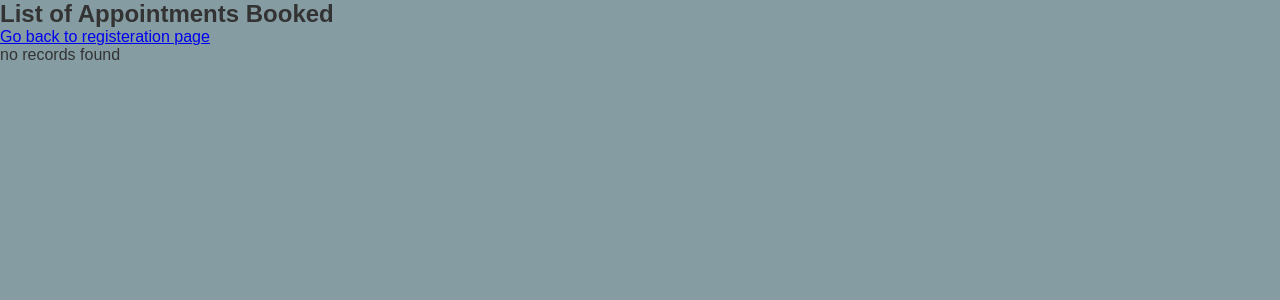
Repository: Arisha004/Hospital-Appointment-Management-System
Page: http://localhost/list.php
The author's editor kept a copy of each file at every save. The page is drawn from the files as they stood at one save, then again after the next save.
The browser window is 1280 px wide. The pictures show the whole page.
The page is run by PHP 8.4 with error messages shown; the project is at /var/www/html/. Queries for data that is not in the repository find no rows.

Above is the page before, as saved 2025-10-21 01:30:05.

### list.php
<?php
include 'db.php';
$sql="select * from appointments";
$result=$conn->query($sql);


?>
<!DOCTYPE html>
<html lang="en">
<head>
    <meta charset="UTF-8">
    <meta name="viewport" content="width=device-width, initial-scale=1.0">
    <title>Document</title>
   <link rel="stylesheet" href="style.css">


</head>
<body>
    <h2>List of Appointments Booked</h1>
    <p><a href="index.php"> Go back to registeration page</a></p>
    <?php
    if($result->num_rows>0){
echo "<table border='1' cellpadding='10'>";
  echo   "<tr>
    <th>ID</th>
    <th>Name</th>
    <th>Email</th>

    <th>Action</th>

    </tr>";

while($row=$result->fetch_assoc()){
    echo "<tr>";
    echo "<td>".$row["id"]."</td>";
    echo "<td>".$row["full_name"]."</td>";
    echo "<td>".$row["email"]."</td>";

    echo "<td><a href='detail2.php?id=$row[id]'>More Info</a></td>";
    echo "</tr>";

}
echo "</table>";
    }
    else{
        echo "no records found";
    }

?>
</body>
</html>

### db.php
<?php

$servername = "localhost";
$username = "root";
$password = "";
$dbname="midterm";

$conn=new mysqli($servername, $username, $password,$dbname);
if($conn->connect_error){
    die("Connection failed: " . $conn->connect_error);
}


?>

### style.css
/* Reset and fonts */
* {
  margin: 0;
  padding: 0;
  box-sizing: border-box;
  font-family: 'Poppins', sans-serif;
}

body {
  background: #869CA3;
  color: #333;
}
/* About Section */
.about {
  background-color: #f9f9f9;
  padding: 80px 0;
}

.about-inner {
  width: 85%;
  max-width: 1100px;
  margin: 0 auto;
  display: flex;
  align-items: center;
  justify-content: space-between;
  gap: 50px;
  flex-wrap: wrap; /* makes it responsive */
}

.about-image img {
  width: 100%;
  max-width: 450px;
  border-radius: 10px;
  box-shadow: 0 4px 15px rgba(0,0,0,0.1);
}

.about-content {
  flex: 1;
  min-width: 300px;
}

.about-content h2 {
  font-size: 28px;
  color: #1a73e8;
  margin-bottom: 15px;
}

.about-content p {
  font-size: 16px;
  color: #555;
  line-height: 1.6;
  margin-bottom: 20px;
}

.features {
  list-style: none;
  padding: 0;
  margin-bottom: 25px;
}

.features li {
  margin-bottom: 10px;
  color: #444;
  font-size: 15px;
  line-height: 1.5;
}

.features strong {
  color: #1a73e8;
}


/* Contact Section */
.contact {
  background-color: #f5f9ff;
  padding: 80px 0;
}

.contact-inner {
  width: 85%;
  max-width: 600px;
  margin: 0 auto;
  text-align: center;
}

.contact h2 {
  font-size: 28px;
  color: #1a73e8;
  margin-bottom: 10px;
}

.contact p {
  color: #555;
  margin-bottom: 30px;
  font-size: 15px;
  line-height: 1.6;
}

.contact-form {
  background-color: #fff;
  padding: 35px 40px;
  border-radius: 12px;
  box-shadow: 0 4px 15px rgba(0,0,0,0.08);
  text-align: left;
}

.form-group {
  margin-bottom: 18px;
}

label {
  display: block;
  font-weight: 500;
  margin-bottom: 6px;
  color: #333;
}

label span {
  color: red;
}

input, textarea {
  width: 100%;
  padding: 10px 12px;
  border: 1px solid #ccc;
  border-radius: 6px;
  font-size: 14px;
  outline: none;
  transition: border-color 0.3s ease;
}

input:focus, textarea:focus {
  border-color: #1a73e8;
  box-shadow: 0 0 5px rgba(26,115,232,0.3);
}

/* Button styling reused from before */
.contact-form .btn {
  display: inline-block;
  background-color: #869CA3;
  color: #fff;
  padding: 10px 22px;
  border: none;
  border-radius: 6px;
  cursor: pointer;
  font-weight: 500;

  margin-left: 130px;
  transition: 0.3s;
   text-align: center;
}

.contact-form .btn:hover {
  background-color: #7498a3;
  transform: translateY(-2px);
}

/* Navbar */
.navbar {
  display: flex;
  justify-content: space-between;
  align-items: center;
  padding: 15px 50px;
  background: #fff;
  box-shadow: 0 2px 5px rgba(0,0,0,0.1);
  position: sticky;
  top: 0;
  z-index: 10;
}

.navbar .logo {
  font-weight: 700;
  font-size: 1.2rem;
  color: #0077b6;
}

.navbar ul {
  display: flex;
  list-style: none;
}

.navbar ul li a {
  text-decoration: none;
  color: #333;
  margin-left: 25px;
  transition: 0.3s;
}

.navbar ul li a:hover {
  color: #0077b6;
}

/* Split Landing Section */
.landing {
  display: flex;
  height: 100vh;
}

/* Left Text Section */
.landing .left {
  flex: 1;
  width: 50%;
  display: flex;
  flex-direction: column;
  justify-content: center;
  padding: 0 70px;
  background: #fefefe;
}

.landing .left h1 {
  font-size: 2.2rem;
  color: #023e8a;
  margin-bottom: 20px;
}

.landing .left p {
  font-size: 1rem;
  color: #555;
  margin-bottom: 30px;
  line-height: 1.6;
}

.btn {
  background: #869CA3;
  color: #fff;
  padding: 12px 25px;
  border-radius: 30px;
  text-decoration: none;
  font-weight: 300;
  transition: 0.3s;
  width: 250px;
}

.btn:hover {
  background: #7498a3;
}

/* Right Image Section */
.landing .right {
  flex: 1.5;
  background:url(images/pic1.png);
  background-repeat: no-repeat;
  background-size: cover;
  position: relative;
}

.landing .right::after {
  content: "";
  position: absolute;
  inset: 0;
}

/* Footer */
footer {
  text-align: center;
  padding: 15px;
  background: #fff;
  box-shadow: 0 -2px 5px rgba(0,0,0,0.1);
  font-size: 0.9rem;
  color: #555;
}

After the next save:
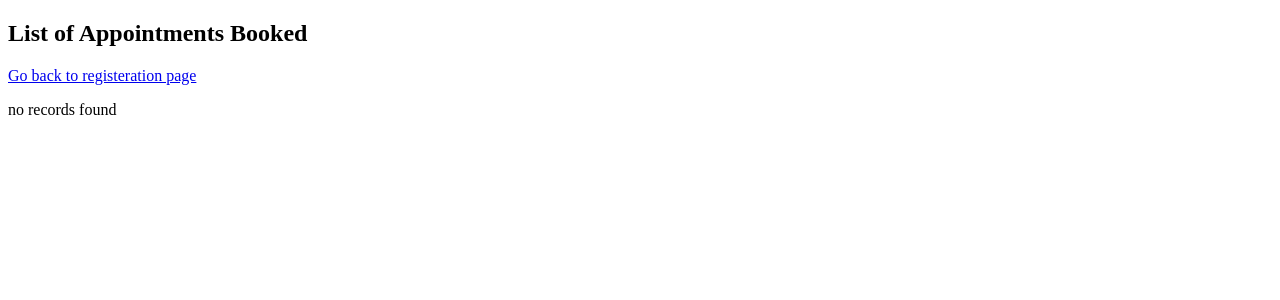
Saved 17 s later.
--- a/list.php
+++ b/list.php
@@ -11,7 +11,6 @@ $result=$conn->query($sql);
     <meta charset="UTF-8">
     <meta name="viewport" content="width=device-width, initial-scale=1.0">
     <title>Document</title>
-   <link rel="stylesheet" href="style.css">
 
 
 </head>
